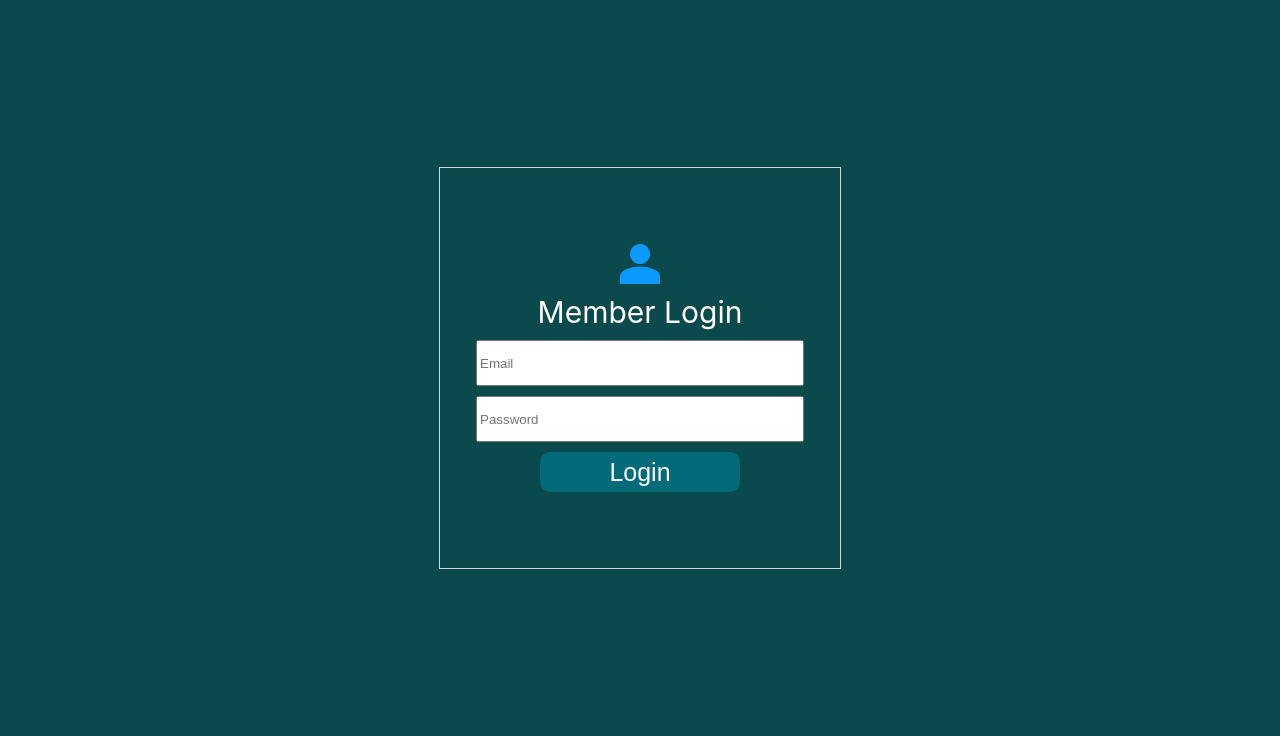
Repository: sheddy1/peter1
Page: work2.html
An editor plug-in stored every save of this project. The page is shown before and after the next save, followed by the edit.
The browser window is 1280 px wide. The pictures show the whole page.

Above is the page before, as saved 2025-11-08 15:57:13.

After the next save:
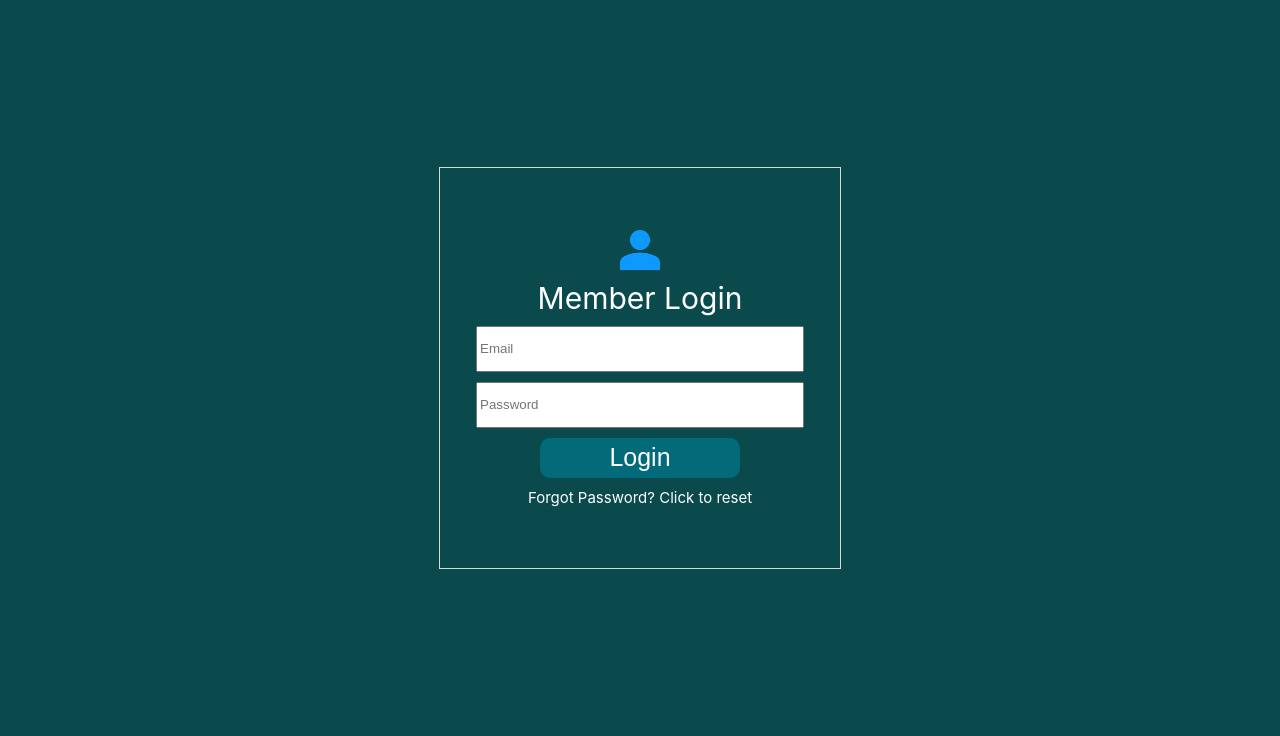
Saved 1 s later.
--- a/work2.html
+++ b/work2.html
@@ -20,6 +20,8 @@
         <input type="password" class="text1" placeholder="Password">
 
         <button class="btn1">Login</button>
+
+        <text1>Forgot Password? Click to reset</text1>
     </div>
 </body>
 </html>
